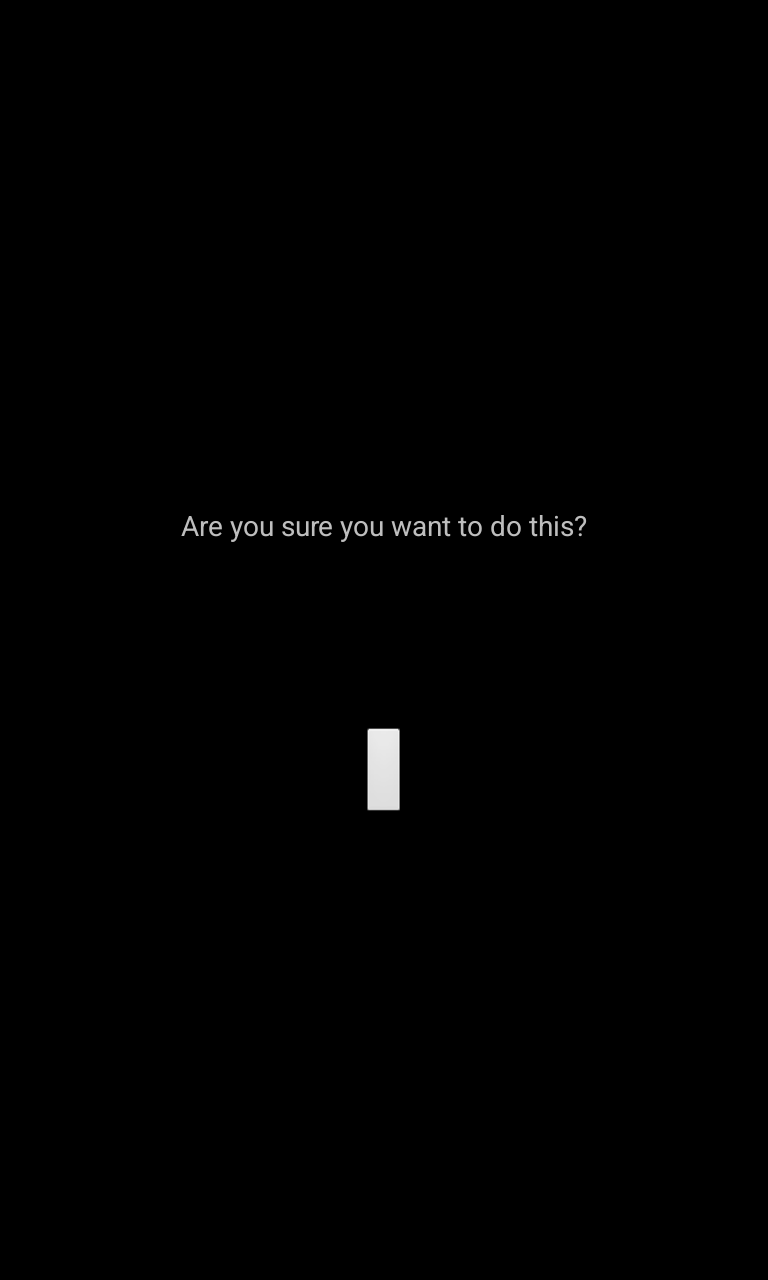
Repository: WDElmore/UofL_Android_Homework
Layout: homework5/GeoQuiz/res/layout/activity_cheat.xml
An editor plug-in stored every save of this project. The layout is shown before and after the next save, followed by the edit.
It is drawn on a 768 x 1280 px phone screen (xhdpi) without system bars, with theme android:Theme; the app's code is not run.

Above is the layout before, as saved 2013-10-21 00:31:47.

### homework5/GeoQuiz/res/layout/activity_cheat.xml
<?xml version="1.0" encoding="utf-8"?>
<LinearLayout xmlns:android="http://schemas.android.com/apk/res/android"
    android:layout_width="match_parent"
    android:layout_height="match_parent"
    android:orientation="vertical"
    android:gravity="center" >

    <TextView
        android:layout_width="wrap_content"
        android:layout_height="wrap_content"
        android:padding="24dp"
        android:text="@string/warning_text" />

    <TextView
        android:id="@+id/answerTextView"
        android:layout_width="wrap_content"
        android:layout_height="wrap_content"
        android:padding="24dp" />

    <Button
        android:id="@+id/showAnswerButton"
        android:layout_width="wrap_content"
        android:layout_height="wrap_content"
        android:ext="@string/show_answer_button" />

</LinearLayout>

### homework5/GeoQuiz/res/values/strings.xml
<?xml version="1.0" encoding="utf-8"?>
<resources>

    <string name="app_name">GeoQuiz</string>
    <string name="true_button">True</string>
    <string name="false_button">False</string>
    <string name="prev_button">Previous</string>
    <string name="next_button">Next</string>
    <string name="correct_toast">Correct!</string>
    <string name="incorrect_toast">Incorrect!</string>
    <string name="action_settings">Settings</string>
    <string name="question_oceans">The Pacific Ocean is larger than the Atlantic Ocean.</string>
    <string name="question_mideast">The Suez Canal connects the Red Sea and the Indian Ocean.</string>
    <string name="question_africa">The source of the Nile River is in Egypt.</string>
    <string name="question_americas">The Amazon River is the longest river in the Americas.</string>
    <string name="question_asia">Lake Baikal is the world\'s oldest and deepest freshwater lake.</string>
    <string name="cheat_button">Cheat!</string>
    <string name="warning_text">Are you sure you want to do this?</string>
    <string name="show_answer_button">Show Answer</string>
    <string name="judgement_toast">Cheating is wrong.</string>

</resources>

After the next save:
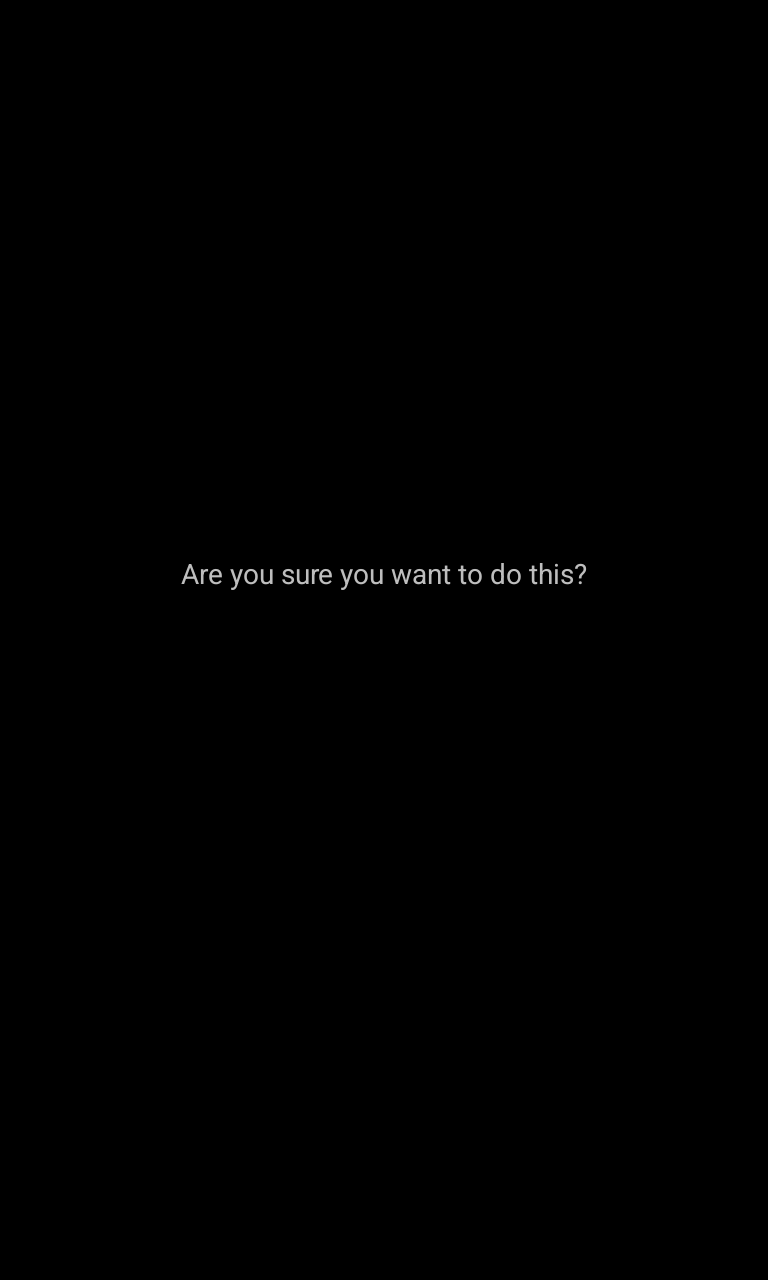
Saved 74 s later.
--- a/homework5/GeoQuiz/res/layout/activity_cheat.xml
+++ b/homework5/GeoQuiz/res/layout/activity_cheat.xml
@@ -17,10 +17,5 @@
         android:layout_height="wrap_content"
         android:padding="24dp" />
 
-    <Button
-        android:id="@+id/showAnswerButton"
-        android:layout_width="wrap_content"
-        android:layout_height="wrap_content"
-        android:ext="@string/show_answer_button" />
 
 </LinearLayout>

After the save that followed:
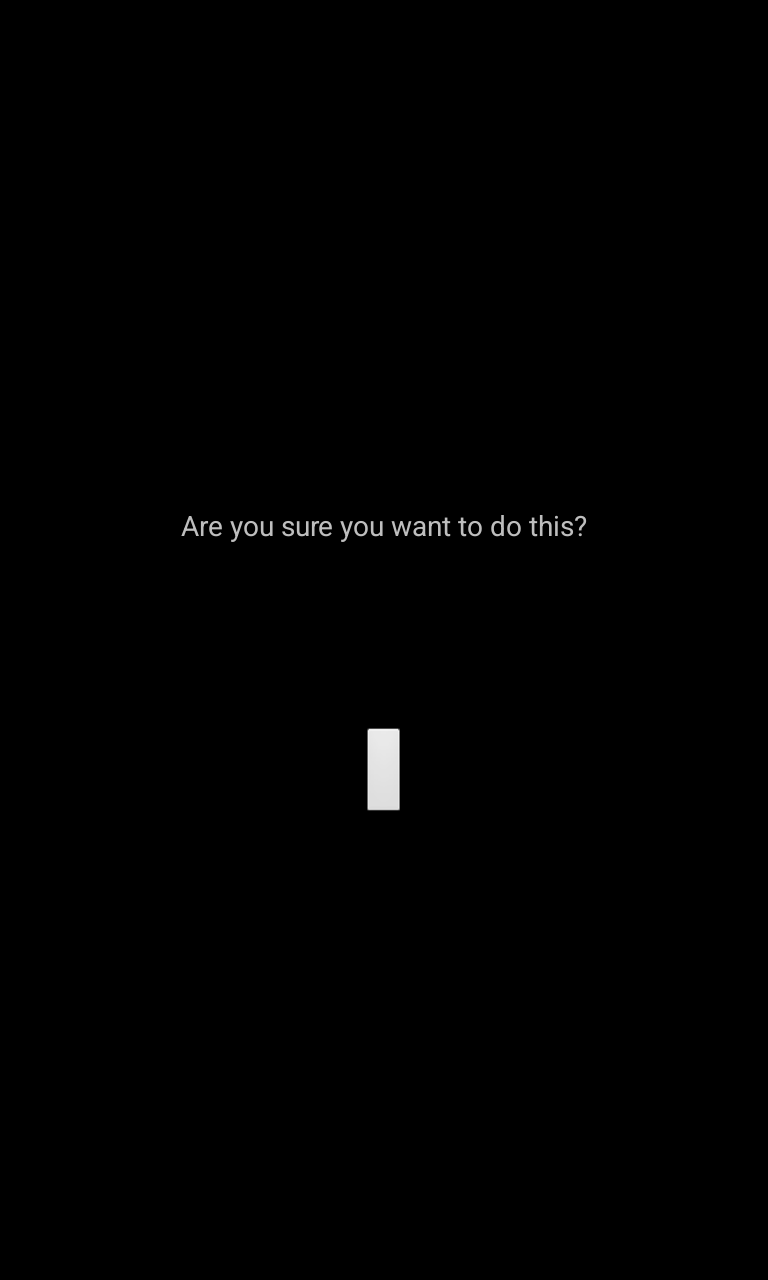
Saved 13 s later.
--- a/homework5/GeoQuiz/res/layout/activity_cheat.xml
+++ b/homework5/GeoQuiz/res/layout/activity_cheat.xml
@@ -17,5 +17,10 @@
         android:layout_height="wrap_content"
         android:padding="24dp" />
 
+    <Button
+        android:id="@+id/showAnswerButton"
+        android:layout_width="wrap_content"
+        android:layout_height="wrap_content"
+        android:ext="@string/show_answer_button" />
 
 </LinearLayout>
